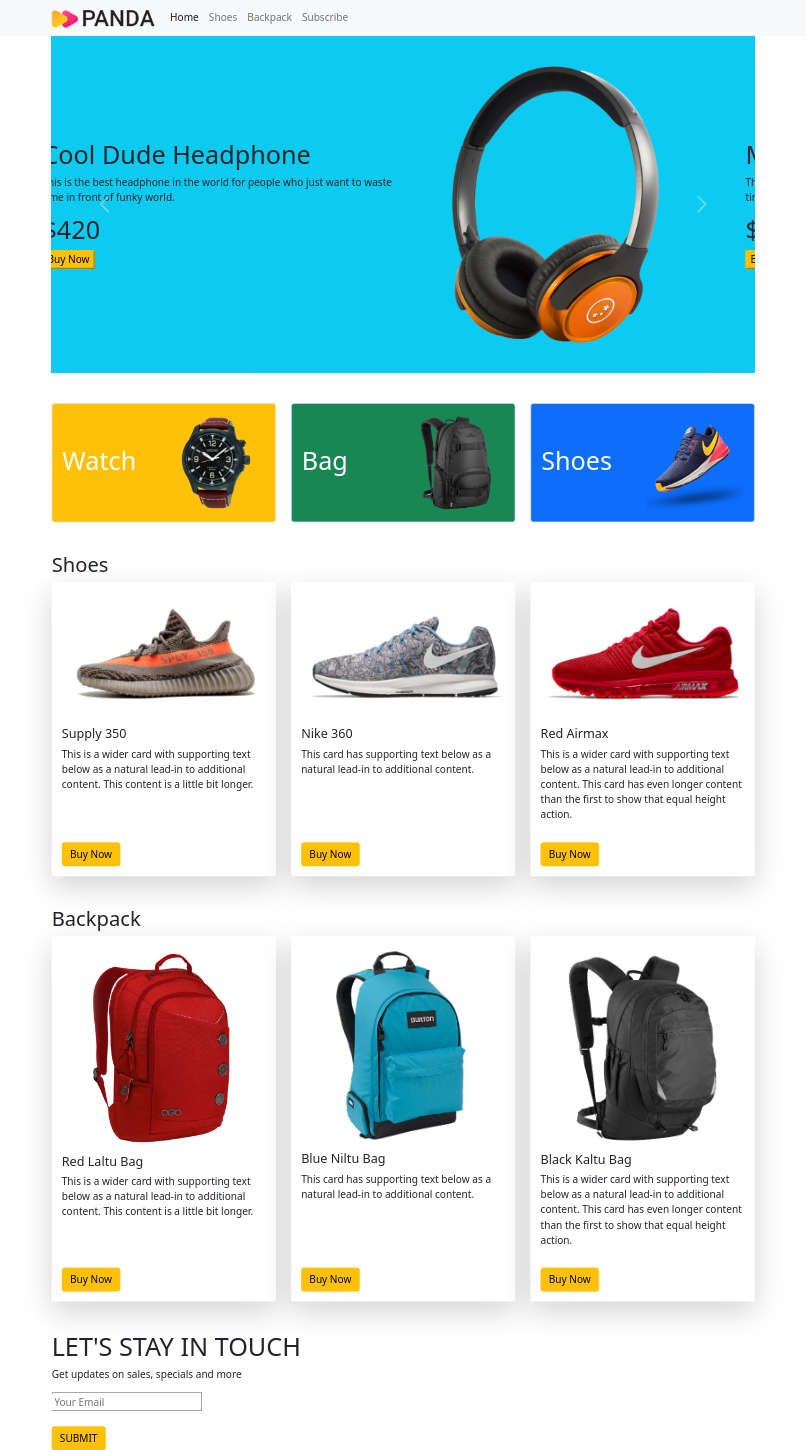
Repository: mdmohiddin/panda-commerce-rp
Page: index.html
An editor plug-in stored every save of this project. The page is shown before and after the next save, followed by the edit.
The browser window is 1280 px wide. The pictures show the whole page, at 63% of full size.

Above is the page before, as saved 2021-07-28 19:40:11.

After the next save:
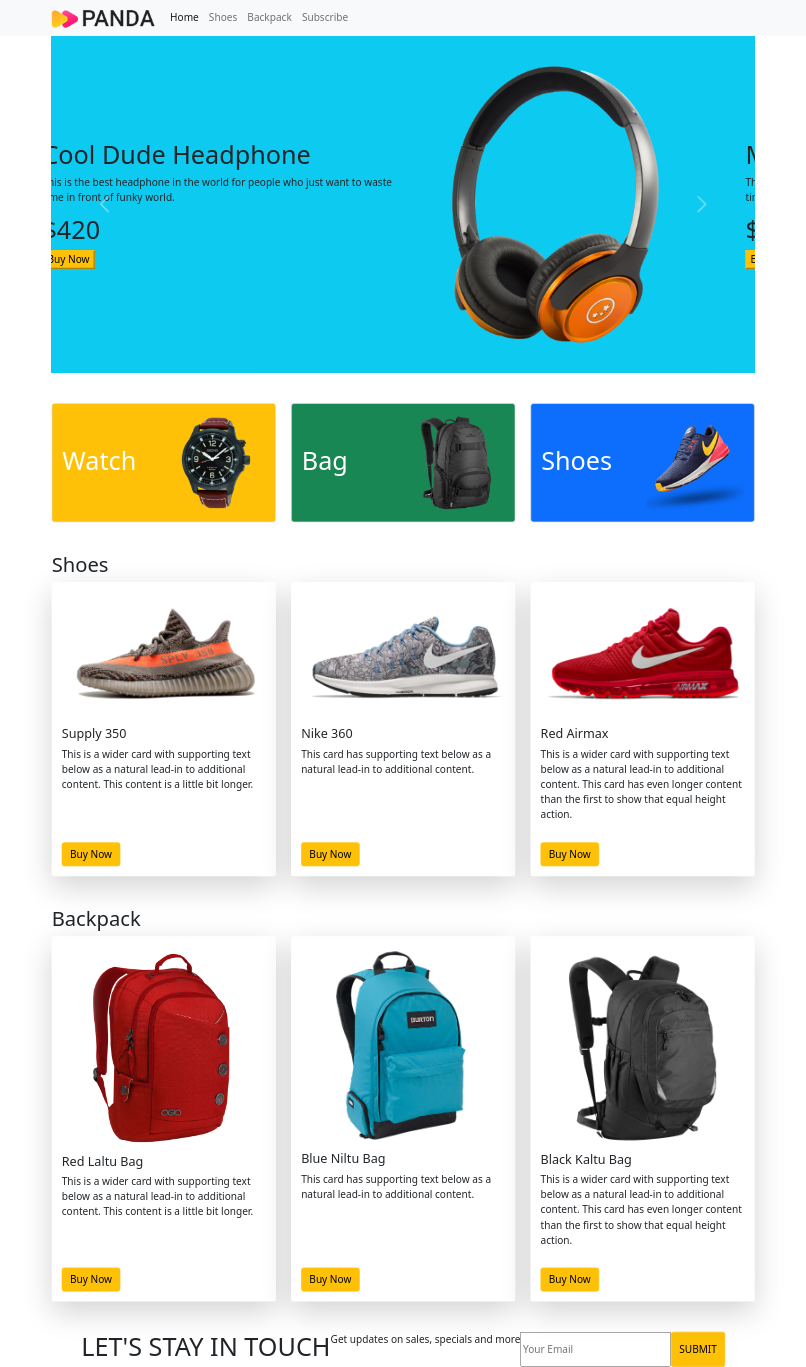
Saved 2 min 9 s later.
--- a/index.html
+++ b/index.html
@@ -228,7 +228,7 @@
         </section>
 
         <!-- Subscription -->
-        <section class="container">
+        <section class="container d-flex justify-content-center">
             <h1>LET'S STAY IN TOUCH</h1>
             <p>Get updates on sales, specials and more</p>
             <input type="text" placeholder="Your Email">
